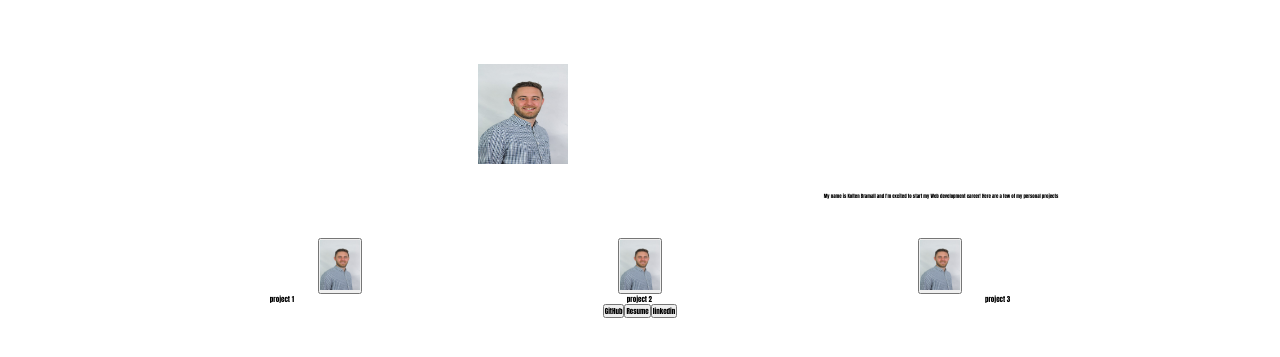
Repository: Kobramall/portfolio-project
Page: /portfolio
An editor plug-in stored every save of this project. The page is shown before and after the next save, followed by the edit.
The browser window is 1280 px wide. The pictures show the whole page.
The project was rebuilt for these pictures with package versions that can differ from the ones it lists, and the page was loaded fresh each time. Also part of the build but not shown: src/App.css, src/componets/Main.jsx. Imported but missing from the stored project, and not drawn on this page: src/assets/Landscape.mov.

Above is the page before, as saved 2022-11-01 15:40:56.

After the next save:
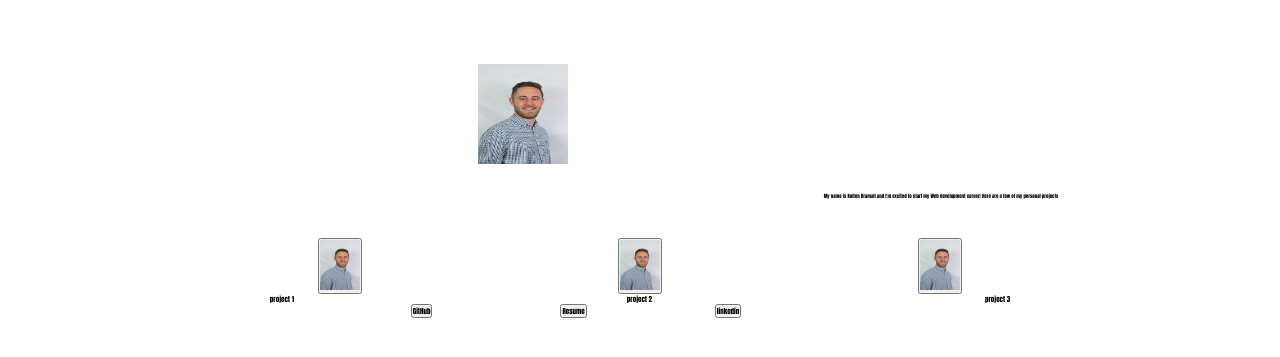
Saved 23 s later.
--- a/src/Portfolio.css
+++ b/src/Portfolio.css
@@ -45,3 +45,7 @@
     display: flex;
     justify-content:center;
   }
+
+  footer a{
+    margin-right: 10%;
+  }
